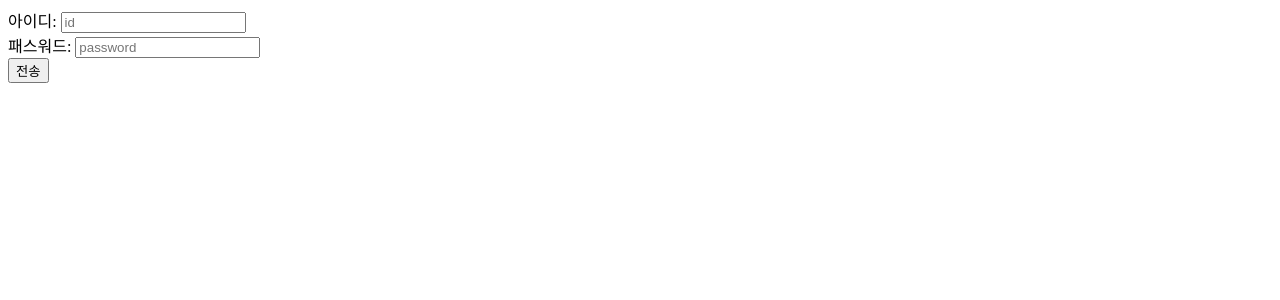
Repository: djdh94/jsp_practice
Page: http://localhost/JSPBasic/jspObject/1.requests/req_login_form.jsp
The author's editor kept a copy of each file at every save. The page is drawn from the files as they stood at one save, then again after the next save.
The browser window is 1280 px wide. The pictures show the whole page.
The page is served by Tomcat 9. Other server files are loaded and not shown.

Above is the page before, as saved 2022-02-04 01:23:49.

### JSPBasic/src/main/webapp/jspObject/1.requests/req_login_form.jsp
<%@ page language="java" contentType="text/html; charset=UTF-8"
    pageEncoding="UTF-8"%>
<!DOCTYPE html>
<html>
<head>
<meta charset="UTF-8">
<title>Insert title here</title>
</head>
<body>
	<form action="req_login_result.jsp" method="post">
	아이디: <input type="text" name="id" placeholder="id"><br/>
	패스워드: <input type="password" name="password" placeholder="password"><br/>
	<input type="submit" value="전송">
	</form>
</body>
</html>

After the next save:
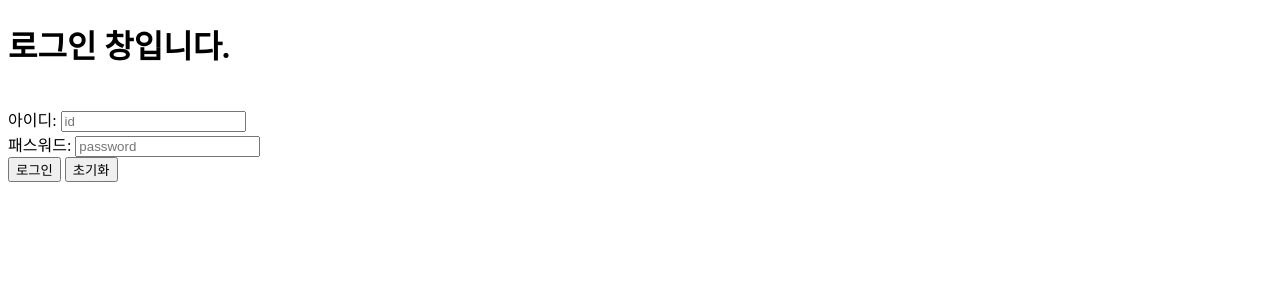
Saved 4 min 35 s later.
--- a/JSPBasic/src/main/webapp/jspObject/1.requests/req_login_form.jsp
+++ b/JSPBasic/src/main/webapp/jspObject/1.requests/req_login_form.jsp
@@ -8,9 +8,11 @@
 </head>
 <body>
 	<form action="req_login_result.jsp" method="post">
+	<h1>로그인 창입니다.</h1><br/>
 	아이디: <input type="text" name="id" placeholder="id"><br/>
 	패스워드: <input type="password" name="password" placeholder="password"><br/>
-	<input type="submit" value="전송">
+	<input type="submit" value="로그인">
+	<input type="reset" value="초기화"/>
 	</form>
 </body>
 </html>
